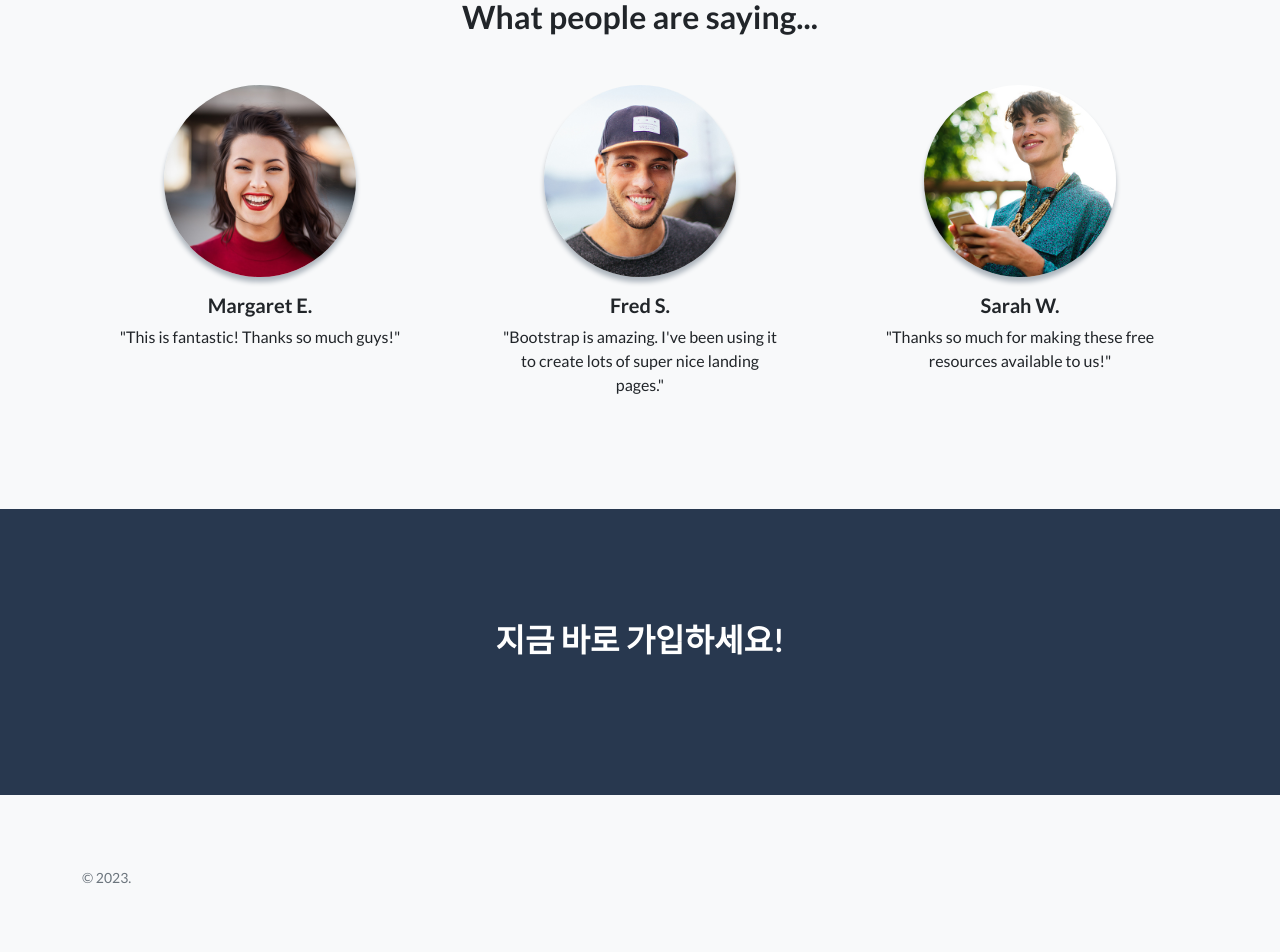
Repository: cmg9707/Devfox-spring-project
Page: http://localhost/DevJUS/WEB-INF/views/JUS/index.jsp
An editor plug-in stored every save of this project. The page is shown before and after the next save, followed by the edit.
The browser window is 1280 px wide. The pictures show the part of the page from y = 2563 to 3515 px (the page is 3515 px tall before and 3467 px after).
The page is served by Tomcat 9. Nobody is signed in. Other server files are loaded and not shown. The template is opened directly, without the code that normally fills it, so the values that code supplies are empty.

Above is the page before, as saved 2023-04-07 00:26:55.

### DevJUS/src/main/webapp/WEB-INF/views/JUS/index.jsp
<!DOCTYPE html>
<%@ page language="java" contentType="text/html; charset=UTF-8" pageEncoding="UTF-8"%>

<html lang="en">
    <head>
        <meta charset="utf-8" />
        <meta name="viewport" content="width=device-width, initial-scale=1, shrink-to-fit=no" />
        <meta name="description" content="" />
        <meta name="author" content="" />
        <title>공부 스터디</title>
        <!-- Favicon-->
        <link rel="icon" type="image/x-icon" href="assets/favicon.ico" />

        <!-- Bootstrap ! -->
  		<link href="https://cdn.jsdelivr.net/npm/bootstrap@5.3.0-alpha3/dist/css/bootstrap.min.css" rel="stylesheet" integrity="sha384-KK94CHFLLe+nY2dmCWGMq91rCGa5gtU4mk92HdvYe+M/SXH301p5ILy+dN9+nJOZ" crossorigin="anonymous">
        <script src="https://cdn.jsdelivr.net/npm/bootstrap@5.3.0-alpha3/dist/js/bootstrap.bundle.min.js" integrity="sha384-ENjdO4Dr2bkBIFxQpeoTz1HIcje39Wm4jDKdf19U8gI4ddQ3GYNS7NTKfAdVQSZe" crossorigin="anonymous"></script>
        <!-- Google fonts-->
        <link href="https://fonts.googleapis.com/css?family=Lato:300,400,700,300italic,400italic,700italic" rel="stylesheet" type="text/css" />
        <!-- Core theme CSS (includes Bootstrap)-->
        <link rel="stylesheet" href="/resources/css/styles.css">
    </head>
    <body>
        <!-- Navigation-->
        <nav class="navbar navbar-light bg-light static-top">
            <div class="container">
                <a class="navbar-brand" href="#!">스터디나라</a>
                <div class="dropdown">
 				 <button class="btn btn-primary dropdown-toggle " type="button" id="dropdownMenuButton1" data-bs-toggle="dropdown" aria-expanded="false">
  					  Sign Up
  				 </button>
  					<ul class="dropdown-menu" aria-labelledby="dropdownMenuButton1">
   					 <li><a class="dropdown-item" href="#">Action</a></li>
    				 <li><a class="dropdown-item" href="#">Another action</a></li>
                     <li><a class="dropdown-item" href="#">Something else here</a></li>
                   </ul>
                </div>
            </div>
        </nav>
        <!-- Masthead-->
        <header class="masthead">
            <div class="container position-relative">
                <div class="row justify-content-center">
                    <div class="col-xl-6">
                        <div class="text-center text-white">
                            <!-- Page heading-->
                            <h1 class="mb-5">어서오세요</h1>
                            <!-- Signup form-->


                        </div>
                    </div>
                </div>
            </div>
        </header>

        <section class="features-icons bg-light text-center">
            <div class="container">
                <div class="row">
                    <div class="col-lg-4">
                        <div class="features-icons-item mx-auto mb-5 mb-lg-0 mb-lg-3">
                            <div class="features-icons-icon d-flex"><i class="bi-window m-auto text-primary"></i></div>
                            <h3>편리함</h3>
                            <p class="lead mb-0">손쉬운 방법으로 스터디 모임 가능</p>
                        </div>
                    </div>
                    <div class="col-lg-4">
                        <div class="features-icons-item mx-auto mb-5 mb-lg-0 mb-lg-3">
                            <div class="features-icons-icon d-flex"><i class="bi-layers m-auto text-primary"></i></div>
                            <h3>공부 , 여가활동 , 취직</h3>
                            <p class="lead mb-0">어떤것이든 상관없이 모임 가능</p>
                        </div>
                    </div>
                    <div class="col-lg-4">
                        <div class="features-icons-item mx-auto mb-0 mb-lg-3">
                            <div class="features-icons-icon d-flex"><i class="bi-terminal m-auto text-primary"></i></div>
                            <h3>Easy to Use</h3>
                            <p class="lead mb-0">Ready to use with your own content, or customize the source files!</p>
                        </div>
                    </div>
                </div>
            </div>
        </section>
        <!-- Image Showcases-->
        <section class="showcase">
            <div class="container-fluid p-0">
                <div class="row g-0">
                    <div class="col-lg-6 order-lg-2 text-white showcase-img" style="background-image: url('/resources/css/img/bg-showcase-1.jpg')"></div>
                    <div class="col-lg-6 order-lg-1 my-auto showcase-text">
                        <h2>Fully Responsive Design</h2>
                        <p class="lead mb-0">When you use a theme created by Start Bootstrap, you know that the theme will look great on any device, whether it's a phone, tablet, or desktop the page will behave responsively!</p>
                    </div>
                </div>
                <div class="row g-0">
                    <div class="col-lg-6 text-white showcase-img" style="background-image: url('/resources/css/img/bg-showcase-2.jpg')"></div>
                    <div class="col-lg-6 my-auto showcase-text">
                        <h2>Updated For Bootstrap 5</h2>
                        <p class="lead mb-0">Newly improved, and full of great utility classes, Bootstrap 5 is leading the way in mobile responsive web development! All of the themes on Start Bootstrap are now using Bootstrap 5!</p>
                    </div>
                </div>
                <div class="row g-0">
                    <div class="col-lg-6 order-lg-2 text-white showcase-img" style="background-image: url('/resources/css/img/bg-showcase-3.jpg')"></div>
                    <div class="col-lg-6 order-lg-1 my-auto showcase-text">
                        <h2>Easy to Use & Customize</h2>
                        <p class="lead mb-0">Landing Page is just HTML and CSS with a splash of SCSS for users who demand some deeper customization options. Out of the box, just add your content and images, and your new landing page will be ready to go!</p>
                    </div>
                </div>
            </div>
        </section>
        <!-- Testimonials-->
        <section class="testimonials text-center bg-light">
            <div class="container">
                <h2 class="mb-5">What people are saying...</h2>
                <div class="row">
                    <div class="col-lg-4">
                        <div class="testimonial-item mx-auto mb-5 mb-lg-0">
                            <img class="img-fluid rounded-circle mb-3" src="/resources/css/img/testimonials-1.jpg" alt="..." />
                            <h5>Margaret E.</h5>
                            <p class="font-weight-light mb-0">"This is fantastic! Thanks so much guys!"</p>
                        </div>
                    </div>
                    <div class="col-lg-4">
                        <div class="testimonial-item mx-auto mb-5 mb-lg-0">
                            <img class="img-fluid rounded-circle mb-3" src="/resources/css/img/testimonials-2.jpg" alt="..." />
                            <h5>Fred S.</h5>
                            <p class="font-weight-light mb-0">"Bootstrap is amazing. I've been using it to create lots of super nice landing pages."</p>
                        </div>
                    </div>
                    <div class="col-lg-4">
                        <div class="testimonial-item mx-auto mb-5 mb-lg-0">
                            <img class="img-fluid rounded-circle mb-3" src="/resources/css/img/testimonials-3.jpg" alt="..." />
                            <h5>Sarah W.</h5>
                            <p class="font-weight-light mb-0">"Thanks so much for making these free resources available to us!"</p>
                        </div>
                    </div>
                </div>
            </div>
        </section>
        <!-- Call to Action-->
        <section class="call-to-action text-white text-center" id="signup">
            <div class="container position-relative">
                <div class="row justify-content-center">
                    <div class="col-xl-6">
                        <h2 class="mb-4">지금 바로 가입하세요!</h2>

                    </div>
                </div>
            </div>
        </section>
        <!-- Footer-->
        <footer class="footer bg-light">
            <div class="container">
                <div class="row">
                    <div class="col-lg-6 h-100 text-center text-lg-start my-auto">
                        <ul class="list-inline mb-2">

                        </ul>
                        <p class="text-muted small mb-4 mb-lg-0">&copy; 2023.</p>
                    </div>
                    <div class="col-lg-6 h-100 text-center text-lg-end my-auto">
                        <ul class="list-inline mb-0">
                            <li class="list-inline-item me-4">
                                <a href="#!"><i class="bi-facebook fs-3"></i></a>
                            </li>
                            <li class="list-inline-item me-4">
                                <a href="#!"><i class="bi-twitter fs-3"></i></a>
                            </li>
                            <li class="list-inline-item">
                                <a href="#!"><i class="bi-instagram fs-3"></i></a>
                            </li>
                        </ul>
                    </div>
                </div>
            </div>
        </footer>
    </body>
</html>

Loaded but not shown: DevJUS/src/main/webapp/resources/css/styles.css (library)

After the next save:
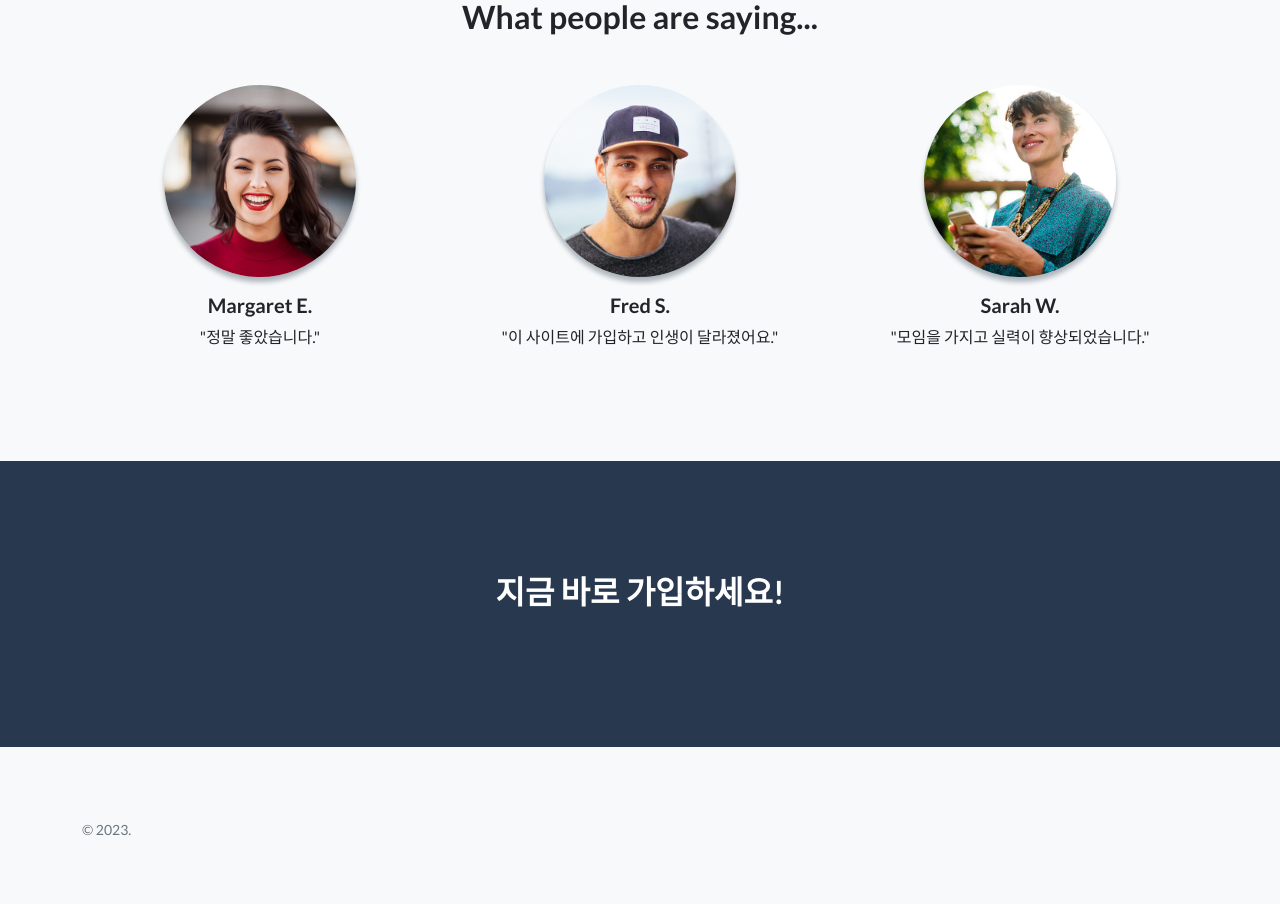
Saved 62 s later.
--- a/DevJUS/src/main/webapp/WEB-INF/views/JUS/index.jsp
+++ b/DevJUS/src/main/webapp/WEB-INF/views/JUS/index.jsp
@@ -115,21 +115,21 @@
                         <div class="testimonial-item mx-auto mb-5 mb-lg-0">
                             <img class="img-fluid rounded-circle mb-3" src="/resources/css/img/testimonials-1.jpg" alt="..." />
                             <h5>Margaret E.</h5>
-                            <p class="font-weight-light mb-0">"This is fantastic! Thanks so much guys!"</p>
+                            <p class="font-weight-light mb-0">"정말 좋았습니다."</p>
                         </div>
                     </div>
                     <div class="col-lg-4">
                         <div class="testimonial-item mx-auto mb-5 mb-lg-0">
                             <img class="img-fluid rounded-circle mb-3" src="/resources/css/img/testimonials-2.jpg" alt="..." />
                             <h5>Fred S.</h5>
-                            <p class="font-weight-light mb-0">"Bootstrap is amazing. I've been using it to create lots of super nice landing pages."</p>
+                            <p class="font-weight-light mb-0">"이 사이트에 가입하고 인생이 달라졌어요."</p>
                         </div>
                     </div>
                     <div class="col-lg-4">
                         <div class="testimonial-item mx-auto mb-5 mb-lg-0">
                             <img class="img-fluid rounded-circle mb-3" src="/resources/css/img/testimonials-3.jpg" alt="..." />
                             <h5>Sarah W.</h5>
-                            <p class="font-weight-light mb-0">"Thanks so much for making these free resources available to us!"</p>
+                            <p class="font-weight-light mb-0">"모임을 가지고 실력이 향상되었습니다."</p>
                         </div>
                     </div>
                 </div>
